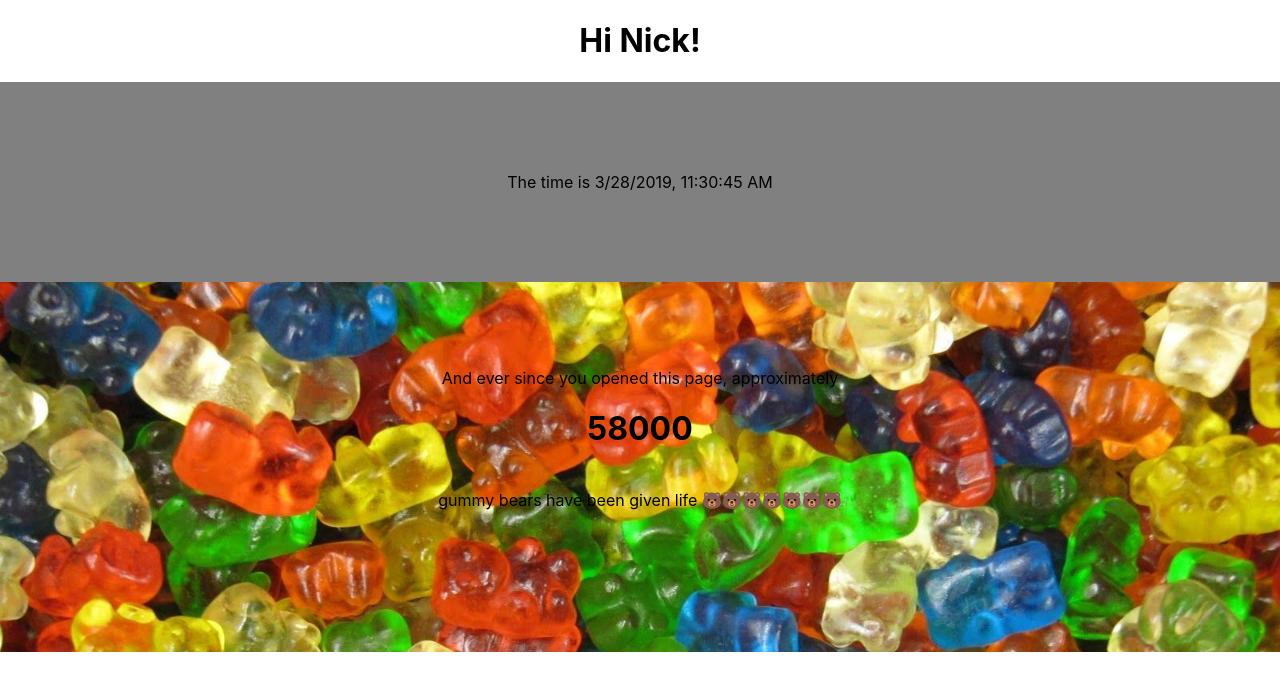
Repository: crispinonicky/gummy-facts
Page: /
The author's editor kept a copy of each file at every save. The page is drawn from the files as they stood at one save, then again after the next save.
The browser window is 1280 px wide. The pictures show the whole page.
The project was rebuilt for these pictures with package versions that can differ from the ones it lists, and the page was loaded fresh each time.

Above is the page before, as saved 2019-03-28 15:34:13.

### src/App.js
import React, { Component } from 'react';
import './App.css';
import Clock from './components/Clock';
import GummyCount from './components/GummyCount';
import Map from './components/Map';


class App extends Component {
  constructor(props){
    super(props)

    this.state = {
      name: "Nick"
    }

  }



  render() {
    return (
      <div className="App">


      <h1>
        Hi {this.state.name}!
      </h1>

        <Clock />
        <GummyCount />
        <Map />


      </div>
    );
  }
}

export default App;

### src/App.css
.App {
  text-align: center;
  margin: 0 auto;
}

.Clock {
  height: 200px;
  background: gray;
}

.Clock p {
  position: relative;
  top: 90px;

}

.Count {
  height: 300px;
  background: url('./images/gummy\ bears.jpg');
  background-size: cover;
  padding-top: 70px;

}

/* #googleMap {
  height: 300px;
  width: 400px;
} */

### src/components/Clock.js
import React, { Component } from "react";
import "../App.css";

let time = new Date().toLocaleString();

class Clock extends React.Component {
  constructor(props) {

    super(props)
    this.state = {
      time: new Date().toLocaleString(),
    };
  }

  componentDidMount() {
    this.intervalID = setInterval(
      () => this.tick(),
      1000
    )
  }

  componentWillUnmount() {
    clearInterval(this.intervalID);
  }

  tick() {
    this.setState({
      time: new Date().toLocaleString()
    });
  }

  render() {
    return (
      <div className = "Clock">
      <p>
        The time is {this.state.time}
      </p>
      </div>
    );
  }
}

console.log(typeof time)


export default Clock;

### src/components/GummyCount.js
const React = require('react')

class GummyCount extends React.Component {
  constructor(props) {
    super(props);
    this.state = {
      seconds: 0,
    };
  }

  tick() {
    this.setState(state => ({
      seconds: state.seconds + 1
    }));
  }

  componentDidMount() {
    this.interval = setInterval(() => this.tick(), 10);
  }

  componentWillUnmount() {
    clearInterval(this.interval);
  }

  render() {

    return (
<div>
      <div className = "Count">
        <p>
        And ever since you opened this page, approximately
        <br/>
        <h1>{this.state.seconds * 116}</h1>
        <br/>
        gummy bears have been given life 🐻🐻🐻🐻🐻🐻🐻
        </p>
      </div>
      </div>
    );
  }
}

export default GummyCount;

### src/components/Map.js
import React, { Component } from 'react';
import '../App.css';

// my map: https://maps.googleapis.com/maps/api/js?key=AIzaSyCrbuDGnqcHSG6nK1oo2PyiiXvsyWLZelo&callback=myMap

class Map extends React.Component {
  constructor(props){
    super(props)

    this.state = {
      name: "Nick"
    }

  }



  render() {
    return (
      <div className="Map">

<div id="googleMap">

</div>



      </div>
    );
  }
}

export default Map;

Loaded but not shown: public/index.html (common file); src/index.js (common file); src/index.css (common file); src/serviceWorker.js (common file)

After the next save:
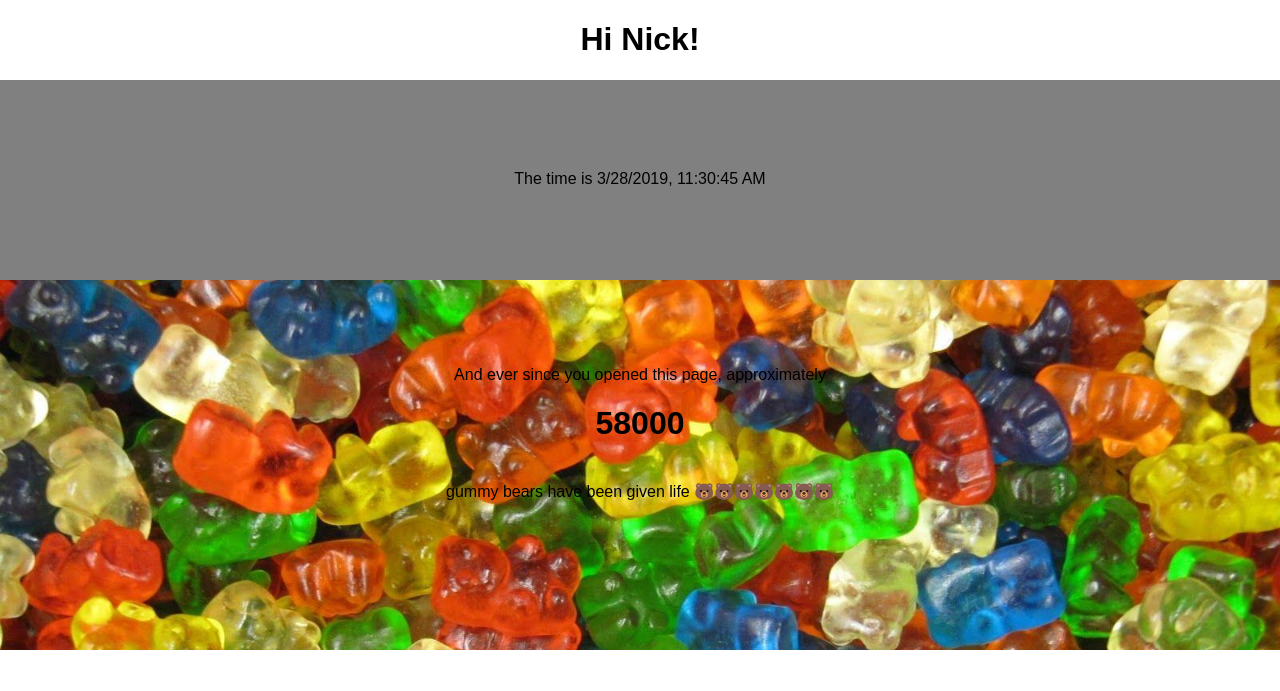
Saved 33 s later.
--- a/src/App.css
+++ b/src/App.css
@@ -1,6 +1,7 @@
 .App {
   text-align: center;
   margin: 0 auto;
+  font-family: Arial, Helvetica, sans-serif;
 }
 
 .Clock {
